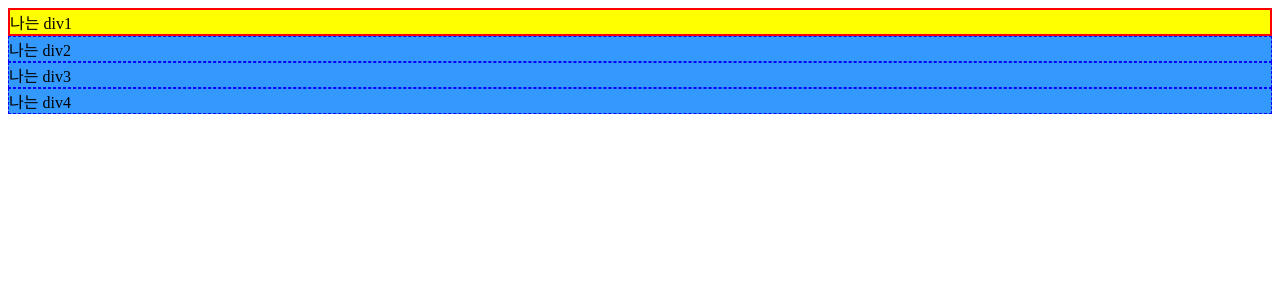
Repository: raccoon304/gugkbi_jsp
Page: HTML5/src/main/webapp/ch01_cssOrder/cssOrder.html
An editor plug-in stored every save of this project. The page is shown before and after the next save, followed by the edit.
The browser window is 1280 px wide. The pictures show the whole page.

Above is the page before, as saved 2025-11-13 07:35:49.

### HTML5/src/main/webapp/ch01_cssOrder/cssOrder.html
<!DOCTYPE html>
<html>
<head>
<meta charset="UTF-8">
<title>CSS(Cascading Style Sheets)의 우선순위에 대해서 알아본다.</title>

<style type="text/css">
	/* css주석문 */
	/*
		===== CSS(Cascading Style Sheets)의 우선순위 =====
		해당 태그에 직접준것(인라인방식) > HTML 파일에서 준 style태그(임배디드방식)
	*/
	div{
		border: dashed 1px blue; /* 테두리 : 점선 두께 1px 파랑색 */
		background-color: #3399ff 	/* 배경색 */
	}

</style>

</head>
<body>
	<!--  HTML 주석문  -->
	<div style ="border: solid 2px red; background-color: yellow;">나는 div1</div>
	<div>나는 div2</div>
	<div>나는 div3</div>
	<div>나는 div4</div>
</body>
</html>

After the next save:
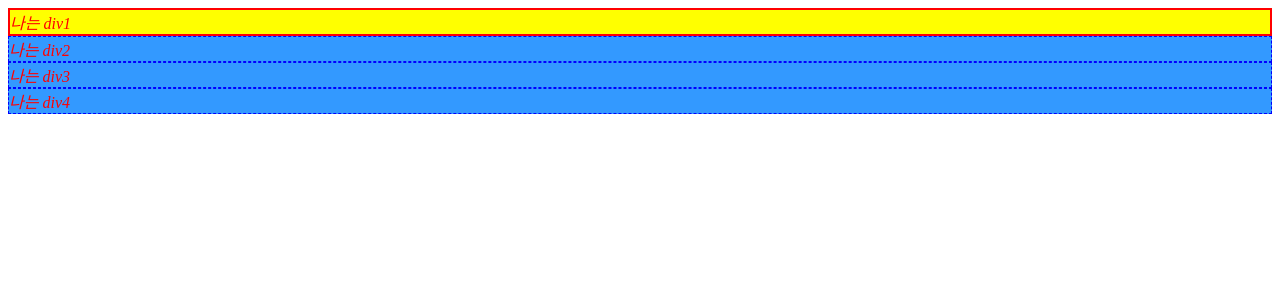
Saved 2 min 4 s later.
--- a/HTML5/src/main/webapp/ch01_cssOrder/cssOrder.html
+++ b/HTML5/src/main/webapp/ch01_cssOrder/cssOrder.html
@@ -12,7 +12,9 @@
 	*/
 	div{
 		border: dashed 1px blue; /* 테두리 : 점선 두께 1px 파랑색 */
-		background-color: #3399ff 	/* 배경색 */
+		background-color: #3399ff; 	/* 배경색 : 하늘색*/
+		color: red;					/* 글자색 : 빨간색 */
+		font-style: italic;			/* 폰트모양 : 빨간색 */
 	}
 
 </style>
